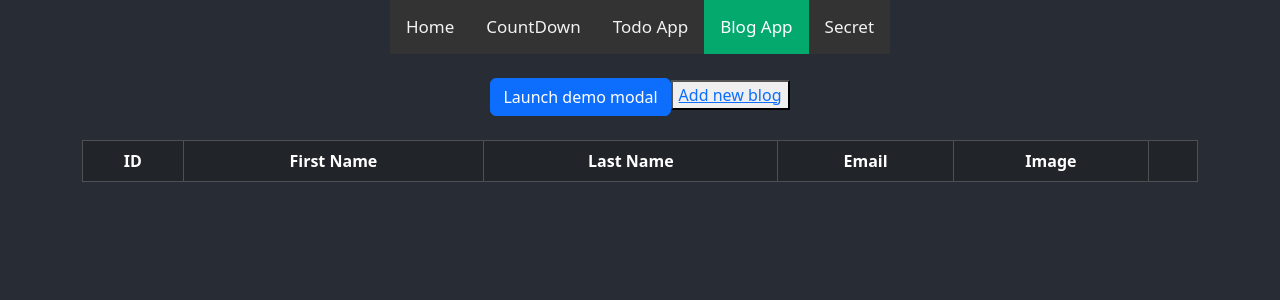
Repository: ThucSkin/React-hook-basic
Page: /blog
An editor plug-in stored every save of this project. The page is shown before and after the next save, followed by the edit.
The browser window is 1280 px wide. The pictures show the whole page.
The page's requests for data from a server got no answer. The project was rebuilt for these pictures with package versions that can differ from the ones it lists, and the page was loaded fresh each time. No one was signed in, and anything a server would have sent is missing. Also part of the build but not shown: src/views/Todo.js, src/views/TableApi/TableUser.scss, src/views/TableApi/TableApi.js, src/views/CountDown/countdown.js, src/views/AddNewUser.js, src/views/BlogDetail.js.

Above is the page before, as saved 2023-06-12 01:13:04.

### src/index.js
import React from 'react';
import ReactDOM from 'react-dom/client';
import './index.scss';
import App from './App';
import reportWebVitals from './reportWebVitals';
import { BrowserRouter as Router } from 'react-router-dom';

const root = ReactDOM.createRoot(document.getElementById('root'));
root.render(
  <React.StrictMode>
    <Router>
      <App />
    </Router>
  </React.StrictMode>
);

// If you want to start measuring performance in your app, pass a function
// to log results (for example: reportWebVitals(console.log))
// or send to an analytics endpoint. Learn more: https://bit.ly/CRA-vitals
reportWebVitals();

### src/index.scss
@import "~bootstrap/scss/bootstrap";

body {
  margin: 0;
  font-family: -apple-system, BlinkMacSystemFont, 'Segoe UI', 'Roboto', 'Oxygen',
    'Ubuntu', 'Cantarell', 'Fira Sans', 'Droid Sans', 'Helvetica Neue',
    sans-serif;
  -webkit-font-smoothing: antialiased;
  -moz-osx-font-smoothing: grayscale;
}

code {
  font-family: source-code-pro, Menlo, Monaco, Consolas, 'Courier New',
    monospace;
}

### src/App.js

import './App.scss';
import Nav from './views/Nav';
import Todo from './views/Todo';
import TableApi from './views/TableApi/TableApi';
import { CountDown } from './views/CountDown/countdown';
import { Routes, Route } from 'react-router-dom'
import { Blog } from './views/Blog';
import DetailBlog from './views/BlogDetail';
import { Container } from 'react-bootstrap';
import AddNewUser from './views/AddNewUser';
import 'bootstrap/dist/css/bootstrap.min.css';


const App = () => {
  return (
    <div className="App">
      <header className="App-header">
        <Nav />
        <Container className='container'>
          <Routes>
            <Route path='/' element={<TableApi />} />
            <Route path='/countdown' element={<CountDown />} />
            <Route path='/todo' element={<Todo />} />
            <Route path='/blog' element={<Blog />} />
            <Route path='/blog/:id' element={<DetailBlog />} />
            <Route path='/add/user' element={<AddNewUser />} />
          </Routes>
        </Container>
      </header>
    </div>
  );
}

export default App;

### src/App.scss
.App {
    text-align: center;
}

.App-logo {
    height: 10vmin;
    pointer-events: none;
}

@media (prefers-reduced-motion: no-preference) {
    .App-logo {
        animation: App-logo-spin infinite 20s linear;
    }
}

.App-header {
    background-color: #282c34;
    min-height: 100vh;
    display: flex;
    flex-direction: column;
    align-items: center;
    /* justify-content: center; */
    font-size: calc(10px + 2vmin);
    color: white;
}

.App-link {
    color: #61dafb;
}

@keyframes App-logo-spin {
    from {
        transform: rotate(0deg);
    }

    to {
        transform: rotate(360deg);
    }
}

.container {
    font-size: 16px;

}

### src/views/Nav.js
import { NavLink } from 'react-router-dom';
import './Nav.scss';
import 'bootstrap/dist/css/bootstrap.min.css';

const Nav = () => {
    return (
        <>
            <div className="topnav mb-4">
                <NavLink to="/" activeclassName="active">Home</NavLink>
                <NavLink to="/countdown">CountDown</NavLink>
                <NavLink to="/todo">Todo App</NavLink>
                <NavLink to="/blog">Blog App</NavLink>
                <NavLink to="/secrect">Secret</NavLink>
            </div>
        </>
    )
}

export default Nav;

### src/views/Blog.js
import useFetch from "../customize/Fetch";
import Table from 'react-bootstrap/Table';
import 'bootstrap/dist/css/bootstrap.min.css';
import { Link } from "react-router-dom";
import { useState } from 'react';
import Button from 'react-bootstrap/Button';
import Modal from 'react-bootstrap/Modal';
import AddNewUser from "./AddNewUser";

const Blog = () => {
    const [show, setShow] = useState(false);
    const handleClose = () => setShow(false);
    const handleShow = () => setShow(true);

    const { data: dataBlogs, loading }
        = useFetch(`https://reqres.in/api/users?page=2`, false);
    let newData = [];

    if (dataBlogs.length > 0 && dataBlogs) {
        newData = dataBlogs;
    }

    return (
        <>
            <>
                <Button variant="primary" onClick={handleShow}>
                    Launch demo modal
                </Button>

                <Modal show={show} onHide={handleClose}>
                    <Modal.Header closeButton>
                        <Modal.Title>Modal heading</Modal.Title>
                    </Modal.Header>
                    <Modal.Body>
                        <AddNewUser />
                    </Modal.Body>
                    <Modal.Footer>
                        <Button variant="secondary" onClick={handleClose}>
                            Close
                        </Button>
                        <Button variant="primary" onClick={handleClose}>
                            Save Changes
                        </Button>
                    </Modal.Footer>
                </Modal>
            </>
            <button>
                <Link to={'/add/user'} >Add new blog</Link>
            </button>
            <Table striped bordered hover variant="dark" className='mt-4'>
                <thead>
                    <tr>
                        <th>ID</th>
                        <th>First Name</th>
                        <th>Last Name</th>
                        <th>Email</th>
                        <th>Image</th>
                        <th colSpan={2}></th>
                    </tr>
                </thead>
                <tbody>

                    {loading === false && newData && newData.length > 0 &&
                        newData.map(item => {
                            return (
                                <tr key={item.id}>
                                    <td>{item.id}</td>
                                    <td>{item.first_name}</td>
                                    <td>{item.last_name}</td>
                                    <td>{item.email}</td>
                                    <td>
                                        <img className='img-users' alt="" src={item.avatar}></img>
                                    </td>
                                    <td>
                                        <button>
                                            <Link to={`/blog/${item.id}`}>Detail</Link>
                                        </button>
                                    </td>
                                </tr>
                            )
                        })
                    }
                    {loading === true &&
                        <tr>
                            <td colSpan={5}>Loading...</td>
                        </tr>}
                </tbody>
            </Table>
        </>
    );
}

export { Blog };

### src/views/Nav.scss
body {
    margin: 0;
    font-family: Arial, Helvetica, sans-serif;

    .topnav {
        overflow: hidden;
        background-color: #333;

        a {
            float: left;
            color: #f2f2f2;
            text-align: center;
            padding: 14px 16px;
            text-decoration: none;
            font-size: 17px;
        }

        a:hover {
            background-color: #ddd;
            color: black;
        }

        a.active {
            background-color: #04AA6D;
            color: white;
        }
    }

    .form-add {
        width: 300px;
        margin: 0 auto;
        border: 10px solid rgb(99, 208, 48);
        padding: 20px;
    }
}

### src/customize/Fetch.js
import { useEffect, useState } from "react"
import axios from "axios"

const useFetch = (url, isUserData) => {
    const [data, setData] = useState([])
    const [loading, setLoading] = useState(true)

    useEffect(() => {
        const ourRequest = axios.CancelToken.source() // <-- 1st step

        async function fetchData() {
            try {
                let res = await axios.get(url, {
                    cancelToken: ourRequest.token, // <-- 2nd step
                })
                let data = (res && res.data) ? res.data.data : []; // true, false
                setData(data);
                setLoading(false);
            }
            catch (err) {
                if (axios.isCancel(err)) {
                    console.log('Request canceled', err.message);
                } else {
                    setLoading(false);
                }

            }
        }
        setTimeout(() => {
            fetchData();
        }, 1000)
        return () => {
            ourRequest.cancel();
        }
    }, [url]);

    return {
        data, loading
    }
}

export default useFetch;

Loaded but not shown: public/index.html (common file); src/reportWebVitals.js (common file)

After the next save:
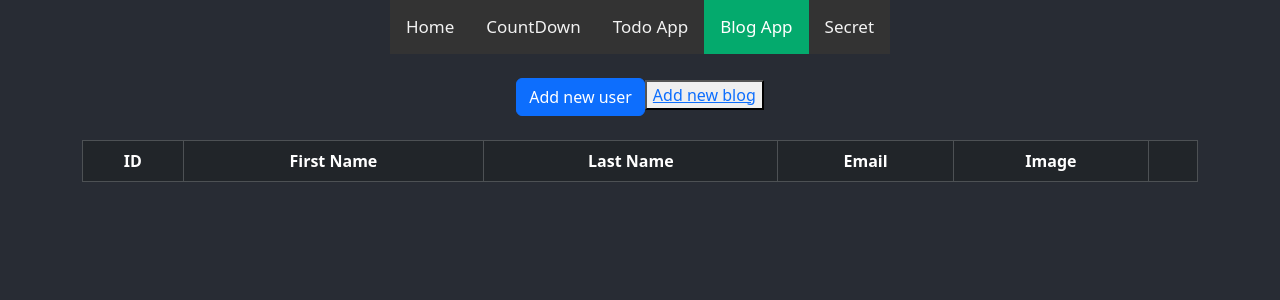
Saved 32 s later.
--- a/src/views/Blog.js
+++ b/src/views/Blog.js
@@ -24,12 +24,12 @@
         <>
             <>
                 <Button variant="primary" onClick={handleShow}>
-                    Launch demo modal
+                    Add new user
                 </Button>
 
                 <Modal show={show} onHide={handleClose}>
                     <Modal.Header closeButton>
-                        <Modal.Title>Modal heading</Modal.Title>
+                        <Modal.Title></Modal.Title>
                     </Modal.Header>
                     <Modal.Body>
                         <AddNewUser />

After the save that followed:
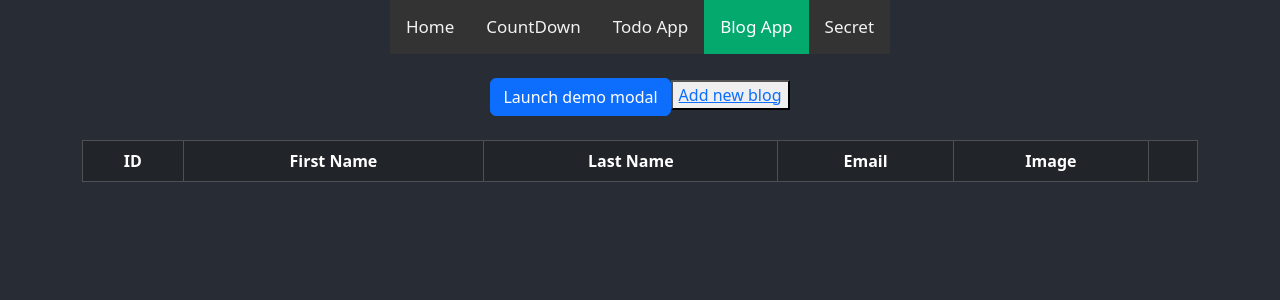
Saved 14 s later.
--- a/src/views/Blog.js
+++ b/src/views/Blog.js
@@ -24,12 +24,12 @@
         <>
             <>
                 <Button variant="primary" onClick={handleShow}>
-                    Add new user
+                    Launch demo modal
                 </Button>
 
                 <Modal show={show} onHide={handleClose}>
                     <Modal.Header closeButton>
-                        <Modal.Title></Modal.Title>
+                        <Modal.Title>Add new user</Modal.Title>
                     </Modal.Header>
                     <Modal.Body>
                         <AddNewUser />
